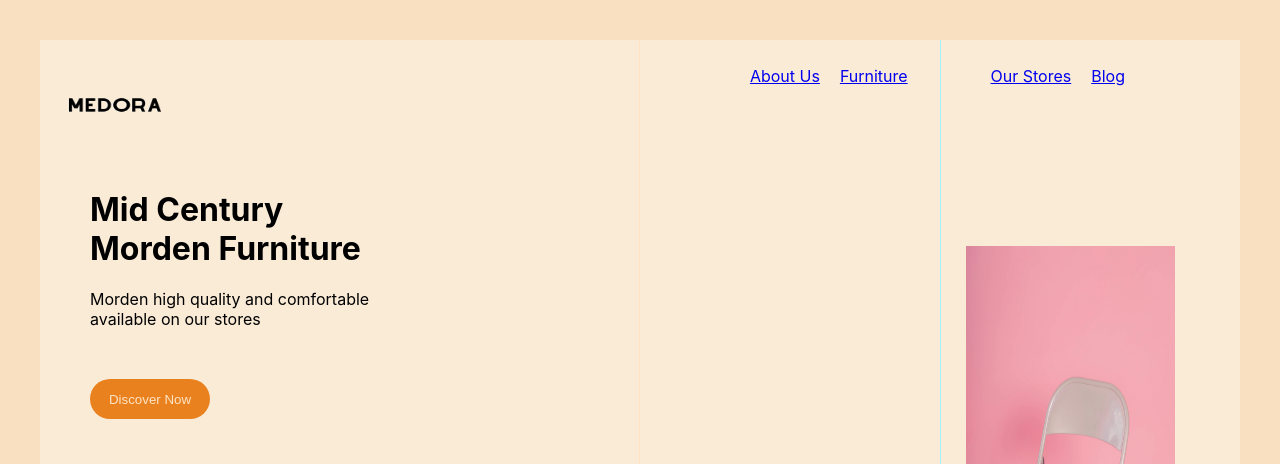
Repository: SbuKhoza/medora
Page: /
An editor plug-in stored every save of this project. The page is shown before and after the next save, followed by the edit.
The browser window is 1280 px wide. The pictures show the part of the page from y = 0 to 464 px (the page is 1010 px tall).
Pictures or frames that could not be fetched are drawn as grey boxes. The project was rebuilt for these pictures with package versions that can differ from the ones it lists, and the page was loaded fresh each time.

Above is the page before, as saved 2024-07-12 08:45:25.

### src/App.js
import './App.css';

function App() {
  return (

   <div className='container'>


    <div className='leftcont'>

    <div className='left'>

    <img src='logo.png' alt='logo' className='logo' width={100} height={80}></img>

    </div>

    <div className='left1'>
      <div className='mid'>
        <h1 className='midtext'>Mid Century <br></br>Morden Furniture</h1>
        </div>

        <div className='morden'>
        <p>Morden high quality and comfortable <br></br>available on our stores</p>
        </div>

        <div className='btn'>
        <button id='button'>Discover Now</button>
        </div>

      </div>

    <div className='left2'>
      <div className='scroll'>
        <p className='mscroll'>Scroll down</p>
        <img src='mouse.png' alt='mouse'></img>

      </div>

      <div className='chair1'>

        <img src='Chaiir1.jpg' alt='chair' className='chaiir1'></img>

      </div>

      </div>

    </div>
    <div className='centercont'>
    <div className='center'>
      <div className='uul'>
      <ul>
      <li><a href='about'>About Us</a></li>
      <li><a href='furniture'>Furniture</a></li>

      </ul>
      </div>
    </div>

    <div className='cent1'>

    </div>

    <div className='chair2'>
    <img src='Chair2.jpg' alt='chair' className='chaiir1'></img>

    </div>

    </div>

    <div className='rightcont'>
    <div className='right'>

    <ul>
      <li><a href='store'>Our Stores</a></li>
      <li><a href='blog'>Blog</a></li>


      </ul>
    </div>

    <div className='chair3'>
    <img src='Chair3.jpg' alt='chair' className='chaiir1'></img>

    </div>

    </div>

  </div>
  );
}

export default App;

### src/App.css
body {
  background-color: rgb(248, 224, 192);
}

.container {
  display: flex;
  height: 100vh;
  margin: 40px;
  background-color: antiquewhite;

}

.top {
  width: 100%;
  height: 100px;
  background-color: black;
}

.leftcont {
  display: flex;
  flex-direction: column;
  height: 100vh;
  width: 50%;
  border-right: 0.5px solid;
  border-color: bisque;

}

.left {
  display: flex;
  width: 80%;
  height:100px;

}

.left1 {
  width: 100%;
  height: 50%;

}

.left2 {
  align-items: end;
  justify-content: end;
  display: flex;
  width: 100%;
  height: 50%;

}

.centercont {

  display: flex;
  flex-direction: column;
  align-items: end;
  height: 100vh;
  width: 25%;
  border-right: 0.5px solid;
  border-color: rgb(165, 240, 253);

}

.center {

  display: flex;
  width: 80%;
  height:100px;

}

.rightcont {

  display: flex;
  flex-direction: column;
  height: 100vh;
  width: 25%;

}

.right {

  display: flex;
  width: 100%;
  height:100px;

}

.logo {
  margin: 25px;
}

.mid {
  margin-left: 50px;
  margin-top: 50px;
}

.morden {
 margin-left: 50px;
}

.btn {
  margin: 50px;
}

#button {
  width: 120px;
  height: 40px;
  border-radius: 20px;
  background-color: rgb(233, 129, 31);
  border: 0;
  color: bisque;
}

.scroll {
  display: flex;
  justify-content: center;
  align-items: center;
  position: relative;

  width: 100%;
  height: 400px;


}

.chair1 {
  display: flex;
  width: 50%;
  height: 100%;
  position: relative;
  /* padding-left: 200px; */
   top: 45px;

}

.chair2 {
  position: relative;
  top: 250px;
  width: 70%;
  height: 100%;
}

.cent1 {
  height: 130px;

}

.chair3 {
  margin-top: 40%;
  margin-left: 25px;
  width: 70%;
  height: 600px;

}

.chair1 img {
  max-width: 100%;
  max-height: 100%;
  display: block;
}

.chair2 img {
  max-width: 100%;
  max-height: 100%;
  display: block;
}

.chair3 img {
  max-width: 100%;
  max-height: 100%;
  display: block;
}

.scroll img {

  max-width: 50%;
  max-height: 50%;
  display: block;
}

ul {
  display: flex;
  flex-direction:row;
  justify-content:space-between;
  list-style: none;
  position: relative;
}

ul li{
  padding: 10px;

}

.chaiir1 {
  width: 300px;
  height: 500px;
}

Loaded but not shown: public/index.html (common file); src/index.js (common file); src/index.css (common file); src/reportWebVitals.js (common file)

After the next save:
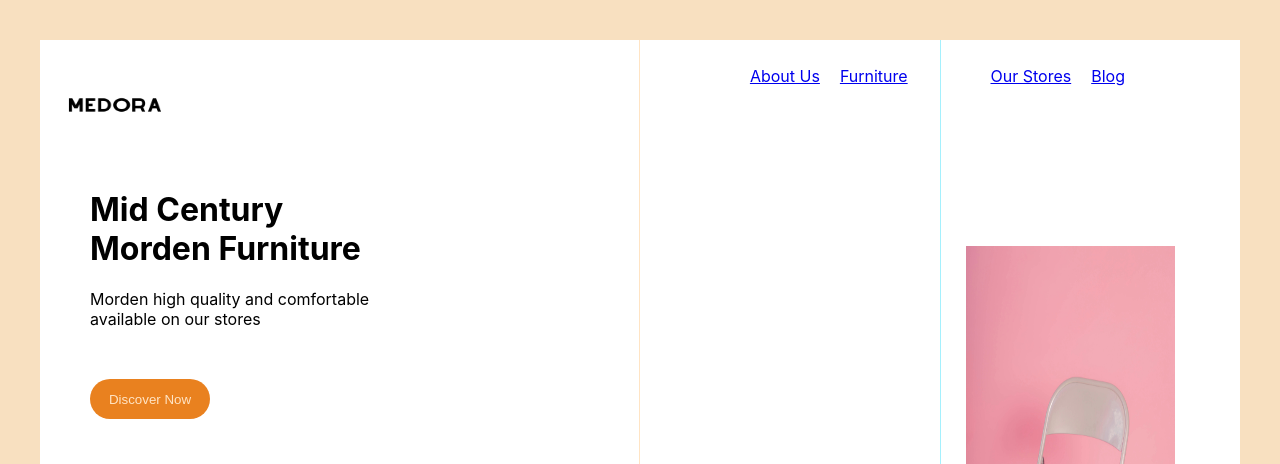
Saved 24 s later.
--- a/src/App.css
+++ b/src/App.css
@@ -6,7 +6,7 @@ body {
   display: flex;
   height: 100vh;
   margin: 40px;
-  background-color: antiquewhite;
+  background-color: rgb(255, 255, 255);
 
 }
 
